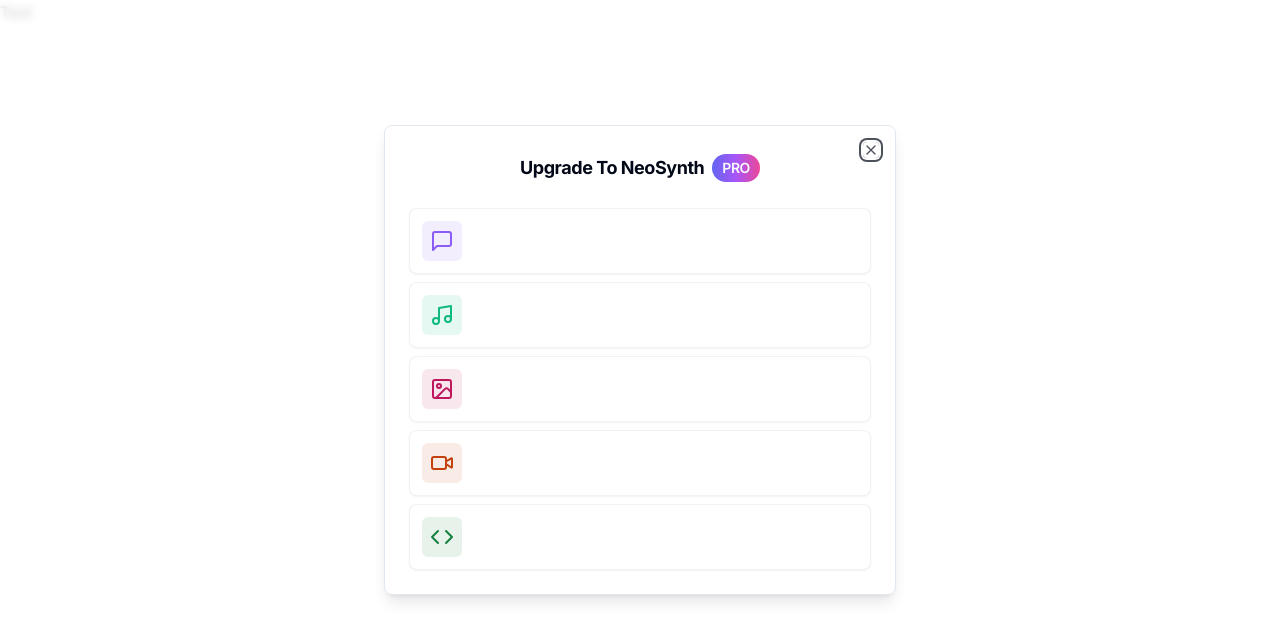
Repository: tathagat22/NeoSynth
Page: /test
These files come from the project's save history. The page is drawn as it stood at one moment and after the next save; the edit follows.
The browser window is 1280 px wide. The pictures show the whole page.
The project was rebuilt for these pictures with package versions that can differ from the ones it lists, and the page was loaded fresh each time. Some packages were replaced by stand-ins written for this rebuild. The framework's server and built-in components were replaced by stand-ins that run in the browser. Also part of the build but not shown: next.config.js.

Above is the page before, as saved 2023-09-03 19:29:18.

### app/layout.tsx
import "./globals.css";
import type { Metadata } from "next";
import { Inter } from "next/font/google";
import { ClerkProvider } from "@clerk/nextjs";
import { ModalProvider } from "@/components/model-provider";

const inter = Inter({ subsets: ["latin"] });

export const metadata: Metadata = {
  title: "NeoSynth",
  description: "Neo is thinking for you behind the matrix",
};

export default function RootLayout({
  children,
}: {
  children: React.ReactNode;
}) {
  return (
    <ClerkProvider>
      <html lang="en">
        <body className={inter.className}>
          <ModalProvider />
          {children}
        </body>
      </html>
    </ClerkProvider>
  );
}

### app/test/page.tsx
const TestPage = () => {
    return (
        <div>Test</div>
     );
}

export default TestPage;

### app/globals.css
@tailwind base;
@tailwind components;
@tailwind utilities;

html, body, :root {
  height: 100%;
}
@layer base {
  :root {
    --background: 0 0% 100%;
    --foreground: 222.2 84% 4.9%;

    --card: 0 0% 100%;
    --card-foreground: 222.2 84% 4.9%;

    --popover: 0 0% 100%;
    --popover-foreground: 222.2 84% 4.9%;

    --primary: 248 90% 66%;
    --primary-foreground: 210 40% 98%;

    --secondary: 210 40% 96.1%;
    --secondary-foreground: 222.2 47.4% 11.2%;

    --muted: 210 40% 96.1%;
    --muted-foreground: 215.4 16.3% 46.9%;

    --accent: 210 40% 96.1%;
    --accent-foreground: 222.2 47.4% 11.2%;

    --destructive: 0 84.2% 60.2%;
    --destructive-foreground: 210 40% 98%;

    --border: 214.3 31.8% 91.4%;
    --input: 214.3 31.8% 91.4%;
    --ring: 222.2 84% 4.9%;

    --radius: 0.5rem;
  }

  .dark {
    --background: 222.2 84% 4.9%;
    --foreground: 210 40% 98%;

    --card: 222.2 84% 4.9%;
    --card-foreground: 210 40% 98%;

    --popover: 222.2 84% 4.9%;
    --popover-foreground: 210 40% 98%;

    --primary: 210 40% 98%;
    --primary-foreground: 222.2 47.4% 11.2%;

    --secondary: 217.2 32.6% 17.5%;
    --secondary-foreground: 210 40% 98%;

    --muted: 217.2 32.6% 17.5%;
    --muted-foreground: 215 20.2% 65.1%;

    --accent: 217.2 32.6% 17.5%;
    --accent-foreground: 210 40% 98%;

    --destructive: 0 62.8% 30.6%;
    --destructive-foreground: 210 40% 98%;

    --border: 217.2 32.6% 17.5%;
    --input: 217.2 32.6% 17.5%;
    --ring: 212.7 26.8% 83.9%;
  }
}

@layer base {
  * {
    @apply border-border;
  }
  body {
    @apply bg-background text-foreground;
  }
}

### components/model-provider.tsx
"use client";

import { useEffect, useState } from "react";
import { ProModal } from "./pro-modal";

export const ModalProvider = () => {
    const [isMounted, setIsMounted] = useState(false);
    useEffect(() => {
        setIsMounted(true);
    }, []);

    if(!isMounted) {
        return null;
    }

    return (
        <>
        <ProModal />
        </>
    );
}

### components/pro-modal.tsx
"use client";

import { useProModal } from "@/hooks/use-pro-modal";
import { Dialog, DialogContent, DialogDescription, DialogHeader, DialogTitle } from "./ui/dialog";
import { Badge } from "./ui/badge";
import { Code, Image, MessageSquare, Music, VideoIcon } from "lucide-react";
import { Card } from "./ui/card";
import { cn } from "@/lib/utils";

export const ProModal = () => {
  const proModal = useProModal();
  const tools = [
    {
      label: "Conversation",
      icon: MessageSquare,
      color: "text-violet-500",
      bgColor: "bg-violet-500/10",
    },
    {
      label: "Music Generation",
      icon: Music,
      color: "text-emerald-500",
      bgColor: "bg-emerald-500/10",
    },
    {
      label: "Image Generation",
      icon: Image,
      color: "text-pink-700",
      bgColor: "bg-pink-700/10",
    },
    {
      label: "Video Generation",
      icon: VideoIcon,
      color: "text-orange-700",
      bgColor: "bg-orange-700/10",
    },
    {
      label: "Code Generation",
      icon: Code,
      color: "text-green-700",
      bgColor: "bg-green-700/10",
    },
  ];
  return (
    <Dialog open={proModal.isOPen} onOpenChange={proModal.onClose}>
      <DialogContent>
        <DialogHeader>
          <DialogTitle className="flex justify center items-center flex-col gap-y-4 pb-2">
            <div className="flex items-center gap-x-2 font-bold py-1">
              Upgrade To NeoSynth
              <Badge className="uppercase text-sm py-1" variant="premium">pro</Badge>
            </div>
          </DialogTitle>
          <DialogDescription className="text-center pt-2 space-y-2 text-zinc-900 font-medium">
            {tools.map((tool) => (
                <Card key={tool.label} className="p-3 border-black/5 flex items-center justify-between">
                    <div className="flex items-center gap-x-4">
                        <div className={cn("p-2 w-fit rounded-md", tool.bgColor)}>
                            <tool.icon className={cn("w-6 h-6", tool.color)}/>
                        </div>
                    </div>
                    <div>
                        {tools.label}
                    </div>
                </Card>
            ))}
          </DialogDescription>
        </DialogHeader>
      </DialogContent>
    </Dialog>
  );
};

### hooks/use-pro-modal.tsx
import {create} from "zustand";

interface useProModalStore {
    isOPen: boolean;
    onOpen: () => void;
    onClose: () => void;
};

export const useProModal = create<useProModalStore>((set) => ({
    isOPen: true,
    onOpen: () => set({isOPen: true}),
    onClose: () => set({isOPen: false}),
}));

### components/ui/dialog.tsx
"use client"

import * as React from "react"
import * as DialogPrimitive from "@radix-ui/react-dialog"
import { X } from "lucide-react"

import { cn } from "@/lib/utils"

const Dialog = DialogPrimitive.Root

const DialogTrigger = DialogPrimitive.Trigger

const DialogPortal = ({
  className,
  ...props
}: DialogPrimitive.DialogPortalProps) => (
  <DialogPrimitive.Portal className={cn(className)} {...props} />
)
DialogPortal.displayName = DialogPrimitive.Portal.displayName

const DialogOverlay = React.forwardRef<
  React.ElementRef<typeof DialogPrimitive.Overlay>,
  React.ComponentPropsWithoutRef<typeof DialogPrimitive.Overlay>
>(({ className, ...props }, ref) => (
  <DialogPrimitive.Overlay
    ref={ref}
    className={cn(
      "fixed inset-0 z-50 bg-background/80 backdrop-blur-sm data-[state=open]:animate-in data-[state=closed]:animate-out data-[state=closed]:fade-out-0 data-[state=open]:fade-in-0",
      className
    )}
    {...props}
  />
))
DialogOverlay.displayName = DialogPrimitive.Overlay.displayName

const DialogContent = React.forwardRef<
  React.ElementRef<typeof DialogPrimitive.Content>,
  React.ComponentPropsWithoutRef<typeof DialogPrimitive.Content>
>(({ className, children, ...props }, ref) => (
  <DialogPortal>
    <DialogOverlay />
    <DialogPrimitive.Content
      ref={ref}
      className={cn(
        "fixed left-[50%] top-[50%] z-50 grid w-full max-w-lg translate-x-[-50%] translate-y-[-50%] gap-4 border bg-background p-6 shadow-lg duration-200 data-[state=open]:animate-in data-[state=closed]:animate-out data-[state=closed]:fade-out-0 data-[state=open]:fade-in-0 data-[state=closed]:zoom-out-95 data-[state=open]:zoom-in-95 data-[state=closed]:slide-out-to-left-1/2 data-[state=closed]:slide-out-to-top-[48%] data-[state=open]:slide-in-from-left-1/2 data-[state=open]:slide-in-from-top-[48%] sm:rounded-lg md:w-full",
        className
      )}
      {...props}
    >
      {children}
      <DialogPrimitive.Close className="absolute right-4 top-4 rounded-sm opacity-70 ring-offset-background transition-opacity hover:opacity-100 focus:outline-none focus:ring-2 focus:ring-ring focus:ring-offset-2 disabled:pointer-events-none data-[state=open]:bg-accent data-[state=open]:text-muted-foreground">
        <X className="h-4 w-4" />
        <span className="sr-only">Close</span>
      </DialogPrimitive.Close>
    </DialogPrimitive.Content>
  </DialogPortal>
))
DialogContent.displayName = DialogPrimitive.Content.displayName

const DialogHeader = ({
  className,
  ...props
}: React.HTMLAttributes<HTMLDivElement>) => (
  <div
    className={cn(
      "flex flex-col space-y-1.5 text-center sm:text-left",
      className
    )}
    {...props}
  />
)
DialogHeader.displayName = "DialogHeader"

const DialogFooter = ({
  className,
  ...props
}: React.HTMLAttributes<HTMLDivElement>) => (
  <div
    className={cn(
      "flex flex-col-reverse sm:flex-row sm:justify-end sm:space-x-2",
      className
    )}
    {...props}
  />
)
DialogFooter.displayName = "DialogFooter"

const DialogTitle = React.forwardRef<
  React.ElementRef<typeof DialogPrimitive.Title>,
  React.ComponentPropsWithoutRef<typeof DialogPrimitive.Title>
>(({ className, ...props }, ref) => (
  <DialogPrimitive.Title
    ref={ref}
    className={cn(
      "text-lg font-semibold leading-none tracking-tight",
      className
    )}
    {...props}
  />
))
DialogTitle.displayName = DialogPrimitive.Title.displayName

const DialogDescription = React.forwardRef<
  React.ElementRef<typeof DialogPrimitive.Description>,
  React.ComponentPropsWithoutRef<typeof DialogPrimitive.Description>
>(({ className, ...props }, ref) => (
  <DialogPrimitive.Description
    ref={ref}
    className={cn("text-sm text-muted-foreground", className)}
    {...props}
  />
))
DialogDescription.displayName = DialogPrimitive.Description.displayName

export {
  Dialog,
  DialogTrigger,
  DialogContent,
  DialogHeader,
  DialogFooter,
  DialogTitle,
  DialogDescription,
}

### components/ui/badge.tsx
import * as React from "react"
import { cva, type VariantProps } from "class-variance-authority"

import { cn } from "@/lib/utils"

const badgeVariants = cva(
  "inline-flex items-center rounded-full border px-2.5 py-0.5 text-xs font-semibold transition-colors focus:outline-none focus:ring-2 focus:ring-ring focus:ring-offset-2",
  {
    variants: {
      variant: {
        default:
          "border-transparent bg-primary text-primary-foreground hover:bg-primary/80",
        secondary:
          "border-transparent bg-secondary text-secondary-foreground hover:bg-secondary/80",
        destructive:
          "border-transparent bg-destructive text-destructive-foreground hover:bg-destructive/80",
        outline: "text-foreground",
        premium: "bg-gradient-to-r from-indigo-500 via-purple-500 to-pink-500 text-primary-foreground border-0",
      },
    },
    defaultVariants: {
      variant: "default",
    },
  }
)

export interface BadgeProps
  extends React.HTMLAttributes<HTMLDivElement>,
    VariantProps<typeof badgeVariants> {}

function Badge({ className, variant, ...props }: BadgeProps) {
  return (
    <div className={cn(badgeVariants({ variant }), className)} {...props} />
  )
}

export { Badge, badgeVariants }

### components/ui/card.tsx
import * as React from "react"

import { cn } from "@/lib/utils"

const Card = React.forwardRef<
  HTMLDivElement,
  React.HTMLAttributes<HTMLDivElement>
>(({ className, ...props }, ref) => (
  <div
    ref={ref}
    className={cn(
      "rounded-lg border bg-card text-card-foreground shadow-sm",
      className
    )}
    {...props}
  />
))
Card.displayName = "Card"

const CardHeader = React.forwardRef<
  HTMLDivElement,
  React.HTMLAttributes<HTMLDivElement>
>(({ className, ...props }, ref) => (
  <div
    ref={ref}
    className={cn("flex flex-col space-y-1.5 p-6", className)}
    {...props}
  />
))
CardHeader.displayName = "CardHeader"

const CardTitle = React.forwardRef<
  HTMLParagraphElement,
  React.HTMLAttributes<HTMLHeadingElement>
>(({ className, ...props }, ref) => (
  <h3
    ref={ref}
    className={cn(
      "text-2xl font-semibold leading-none tracking-tight",
      className
    )}
    {...props}
  />
))
CardTitle.displayName = "CardTitle"

const CardDescription = React.forwardRef<
  HTMLParagraphElement,
  React.HTMLAttributes<HTMLParagraphElement>
>(({ className, ...props }, ref) => (
  <p
    ref={ref}
    className={cn("text-sm text-muted-foreground", className)}
    {...props}
  />
))
CardDescription.displayName = "CardDescription"

const CardContent = React.forwardRef<
  HTMLDivElement,
  React.HTMLAttributes<HTMLDivElement>
>(({ className, ...props }, ref) => (
  <div ref={ref} className={cn("p-6 pt-0", className)} {...props} />
))
CardContent.displayName = "CardContent"

const CardFooter = React.forwardRef<
  HTMLDivElement,
  React.HTMLAttributes<HTMLDivElement>
>(({ className, ...props }, ref) => (
  <div
    ref={ref}
    className={cn("flex items-center p-6 pt-0", className)}
    {...props}
  />
))
CardFooter.displayName = "CardFooter"

export { Card, CardHeader, CardFooter, CardTitle, CardDescription, CardContent }

Loaded but not shown: lib/utils.ts (common file); tailwind.config.js (common file)

After the next save:
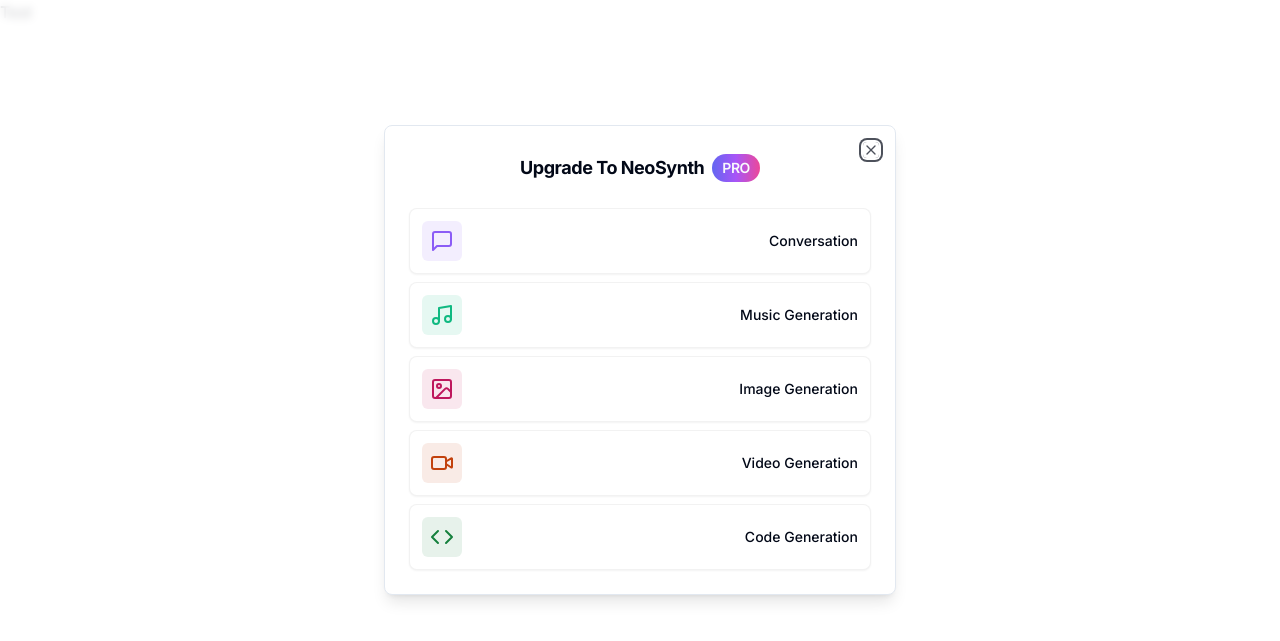
Saved 8 s later.
--- a/components/pro-modal.tsx
+++ b/components/pro-modal.tsx
@@ -60,7 +60,7 @@
                         </div>
                     </div>
                     <div>
-                        {tools.label}
+                        {tool.label}
                     </div>
                 </Card>
             ))}
